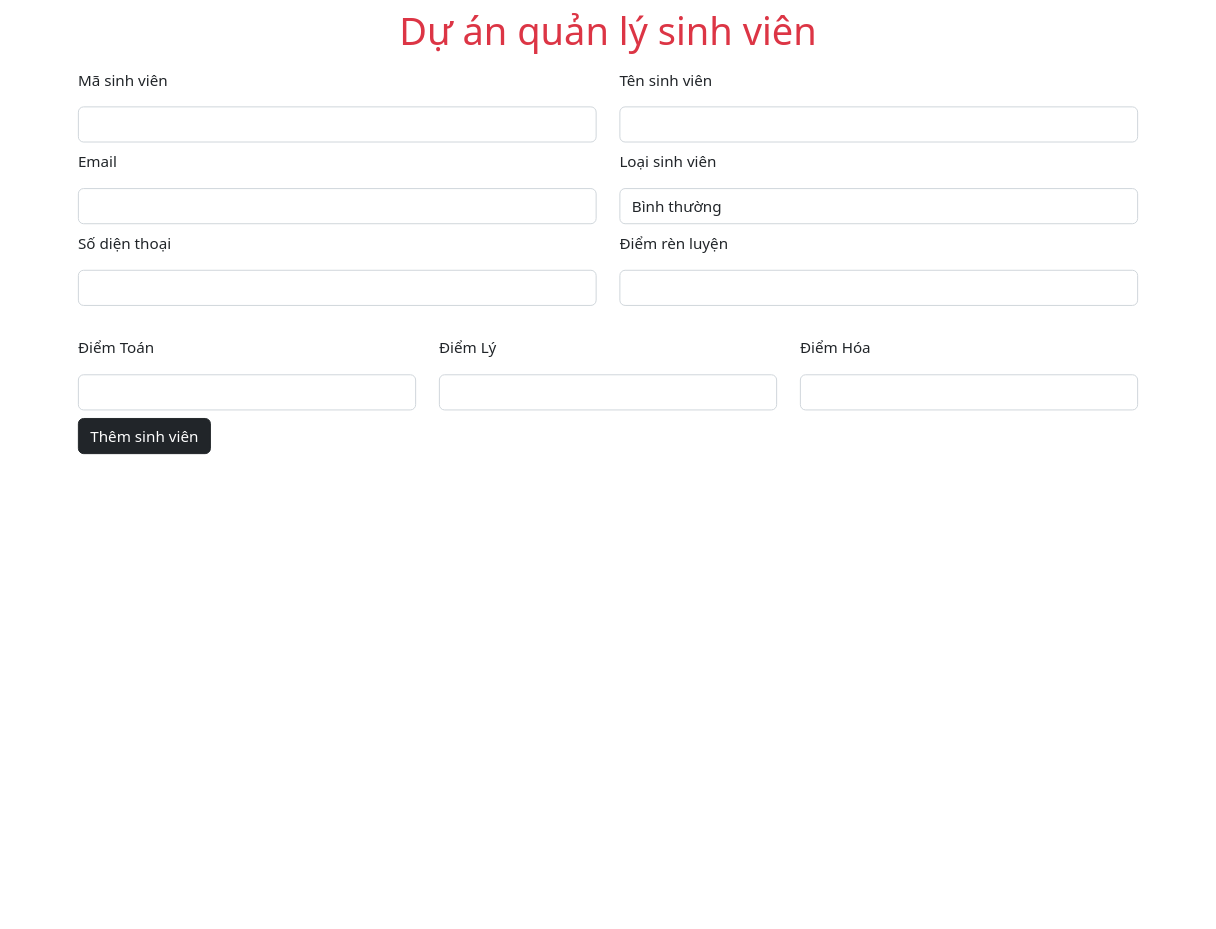
Repository: hcozyph/Cybersoft_JS_OOP
Page: index.html
The author's editor kept a copy of each file at every save. The page is drawn from the files as they stood at one save, then again after the next save.
The browser window is 1280 px wide. The pictures show the whole page, at 95% of full size.

Above is the page before, as saved 2023-02-26 09:28:55.

After the next save:
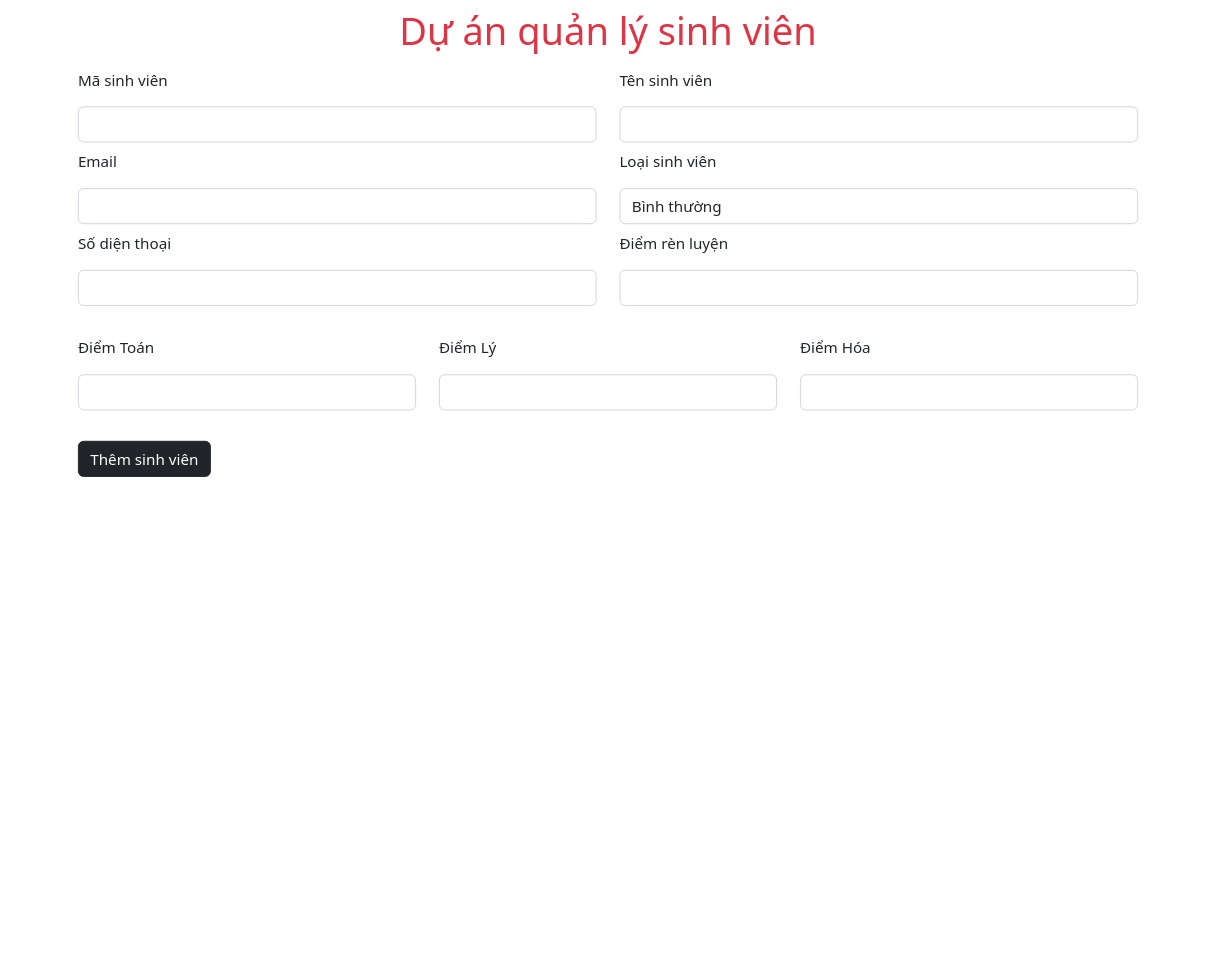
Saved 6 s later.
--- a/index.html
+++ b/index.html
@@ -85,7 +85,7 @@
                 </div>
 
                 <div class="mt-2">
-                    <button class="btn btn-dark" id="btnThemSinhVien">Thêm sinh viên</button>
+                    <button class="btn btn-dark my-4" id="btnThemSinhVien">Thêm sinh viên</button>
                 </div>
 
             </div>
